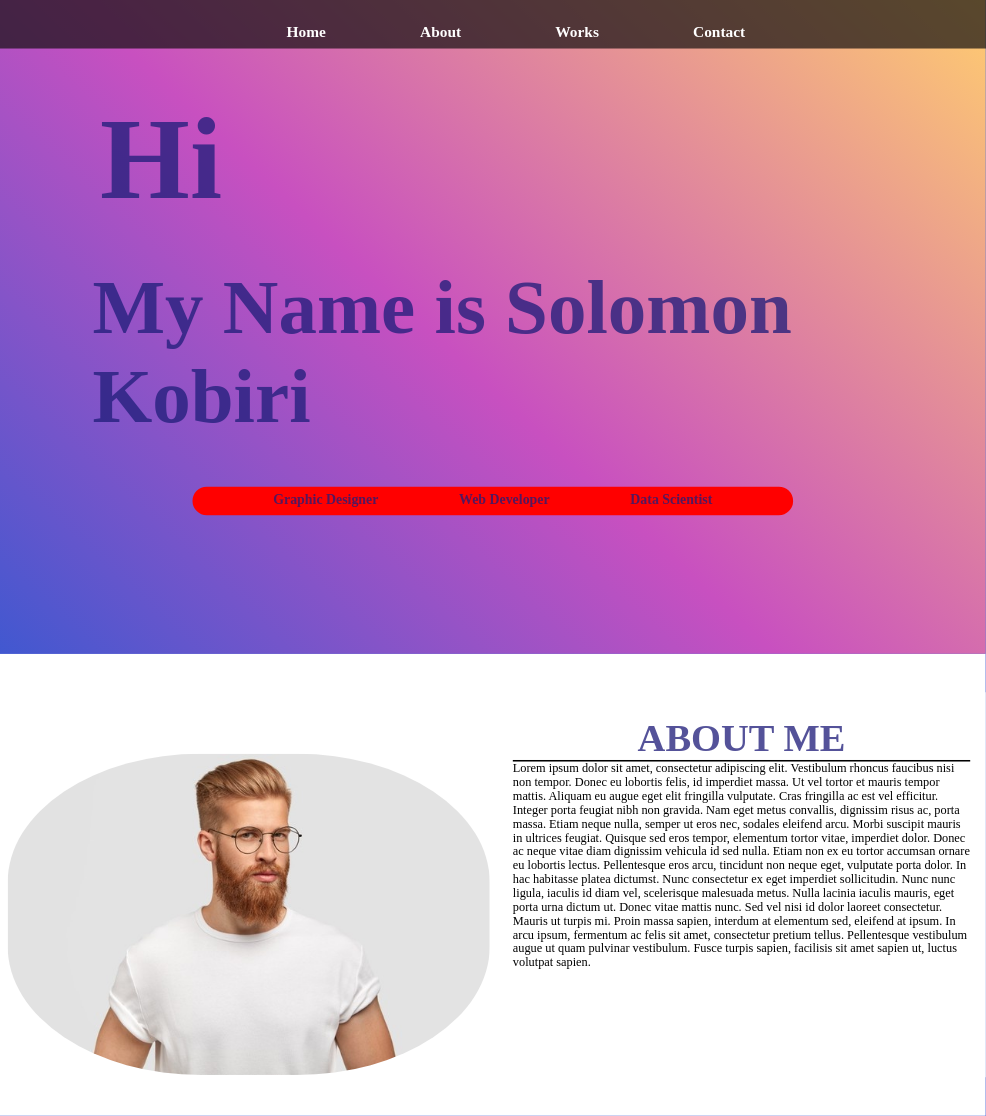
Repository: Kwabena-Kobiri/yellocoders
Page: index.html
These files come from the project's save history. The page is drawn as it stood at one moment and after the next save; the edit follows.
The browser window is 1280 px wide. The pictures show the whole page, at 77% of full size.

Above is the page before, as saved 2021-05-13 11:30:35.

### index.html
<!DOCTYPE html>
<html lang="en">
<head>
    <meta charset="UTF-8">
    <meta http-equiv="X-UA-Compatible" content="IE=edge">
    <meta name="viewport" content="width=device-width, initial-scale=1.0">
    <link rel="stylesheet" href="index.css" />
    <title>Y'ello</title>
</head>
<body>
    <!-- HEADER COMPONENT STARTS HERE -->
    <header id="header">
        <nav id="nav">
            <ul>
                <li>Home</li>
                <li>About</li>
                <li>Works</li>
                <li>Contact</li>
            </ul>
        </nav>
    </header>
    <!-- HEADER COMPONENT ENDS HERE -->


    <!-- LANDING PAGE STARTS HERE  -->
    <section id="LandingPage">
        <div class="Details">
            <h1>Hi</h1>
            <h3>My Name is Solomon Kobiri</h3>
        </div>
        <div class="Skills">
            <h5>Graphic Designer</h5>
            <h5>Web Developer</h5>
            <h5>Data Scientist</h5>
        </div>
    </section>
    <!-- LANDING PAGE ENDS HERE -->

    <!--ABOUT PAGE STARTS HERE-->
    <section id="About">
        <div class="ImageDiv">
            <img src="Images/profile.jpg" alt="Profile Picture"/>
        </div>
        <div class="Description">
            <h3>ABOUT ME</h3>
            <p>
                Lorem ipsum dolor sit amet, consectetur adipiscing elit. Vestibulum rhoncus faucibus nisi non tempor. Donec eu lobortis felis, id imperdiet massa. Ut vel tortor et mauris tempor mattis. Aliquam eu augue eget elit fringilla vulputate. Cras fringilla ac est vel efficitur. Integer porta feugiat nibh non gravida. Nam eget metus convallis, dignissim risus ac, porta massa. Etiam neque nulla, semper ut eros nec, sodales eleifend arcu.

                Morbi suscipit mauris in ultrices feugiat. Quisque sed eros tempor, elementum tortor vitae, imperdiet dolor. Donec ac neque vitae diam dignissim vehicula id sed nulla. Etiam non ex eu tortor accumsan ornare eu lobortis lectus. Pellentesque eros arcu, tincidunt non neque eget, vulputate porta dolor. In hac habitasse platea dictumst. Nunc consectetur ex eget imperdiet sollicitudin. Nunc nunc ligula, iaculis id diam vel, scelerisque malesuada metus.

                Nulla lacinia iaculis mauris, eget porta urna dictum ut. Donec vitae mattis nunc. Sed vel nisi id dolor laoreet consectetur. Mauris ut turpis mi. Proin massa sapien, interdum at elementum sed, eleifend at ipsum. In arcu ipsum, fermentum ac felis sit amet, consectetur pretium tellus. Pellentesque vestibulum augue ut quam pulvinar vestibulum. Fusce turpis sapien, facilisis sit amet sapien ut, luctus volutpat sapien.
            </p>
        </div>
    </section>
    <!--ABOUT PAGE ENDS HERE-->


















    <!-- MY WORKS PAGE STARTS HERE -->
    <!-- <section id="Works">
        <h3>CHECK OUT MY WORKS</h3>
        <div class="work_box">
            <img src="Images/work1.jpg" alt="First Project"/>
            <p>
                Lorem ipsum dolor sit amet, consectetur adipiscing elit. Vestibulum rhoncus faucibus nisi non tempor. Donec eu lobortis felis, id imperdiet massa. Ut vel tortor et mauris tempor mattis. Aliquam eu augue eget elit fringilla vulputate. Cras fringilla ac est vel efficitur. Integer porta feugiat nibh non gravida. Nam eget metus convallis, dignissim risus ac, porta massa. Etiam neque nulla, semper ut eros nec, sodales eleifend arcu.

                Morbi suscipit mauris in ultrices feugiat. Quisque sed eros tempor, elementum tortor vitae, imperdiet dolor. Donec ac neque vitae diam dignissim vehicula id sed nulla. Etiam non ex eu tortor accumsan ornare eu lobortis lectus. Pellentesque eros arcu, tincidunt non neque eget, vulputate porta dolor. In hac habitasse platea dictumst. Nunc consectetur ex eget imperdiet sollicitudin. Nunc nunc ligula, iaculis id diam vel, scelerisque malesuada metus.
            </p>
        </div>
        <div class="work_box">
            <p>
                Lorem ipsum dolor sit amet, consectetur adipiscing elit. Vestibulum rhoncus faucibus nisi non tempor. Donec eu lobortis felis, id imperdiet massa. Ut vel tortor et mauris tempor mattis. Aliquam eu augue eget elit fringilla vulputate. Cras fringilla ac est vel efficitur. Integer porta feugiat nibh non gravida. Nam eget metus convallis, dignissim risus ac, porta massa. Etiam neque nulla, semper ut eros nec, sodales eleifend arcu.

                Morbi suscipit mauris in ultrices feugiat. Quisque sed eros tempor, elementum tortor vitae, imperdiet dolor. Donec ac neque vitae diam dignissim vehicula id sed nulla. Etiam non ex eu tortor accumsan ornare eu lobortis lectus. Pellentesque eros arcu, tincidunt non neque eget, vulputate porta dolor. In hac habitasse platea dictumst. Nunc consectetur ex eget imperdiet sollicitudin. Nunc nunc ligula, iaculis id diam vel, scelerisque malesuada metus.
            </p>
            <img src="Images/work2.jfif" alt="First Project"/>
        </div>
        <div class="work_box">
            <img src="Images/work3.webp" alt="First Project"/>
            <p>
                Lorem ipsum dolor sit amet, consectetur adipiscing elit. Vestibulum rhoncus faucibus nisi non tempor. Donec eu lobortis felis, id imperdiet massa. Ut vel tortor et mauris tempor mattis. Aliquam eu augue eget elit fringilla vulputate. Cras fringilla ac est vel efficitur. Integer porta feugiat nibh non gravida. Nam eget metus convallis, dignissim risus ac, porta massa. Etiam neque nulla, semper ut eros nec, sodales eleifend arcu.

                Morbi suscipit mauris in ultrices feugiat. Quisque sed eros tempor, elementum tortor vitae, imperdiet dolor. Donec ac neque vitae diam dignissim vehicula id sed nulla. Etiam non ex eu tortor accumsan ornare eu lobortis lectus. Pellentesque eros arcu, tincidunt non neque eget, vulputate porta dolor. In hac habitasse platea dictumst. Nunc consectetur ex eget imperdiet sollicitudin. Nunc nunc ligula, iaculis id diam vel, scelerisque malesuada metus.
            </p>
        </div>
        <div class="work_box">
            <p>
                Lorem ipsum dolor sit amet, consectetur adipiscing elit. Vestibulum rhoncus faucibus nisi non tempor. Donec eu lobortis felis, id imperdiet massa. Ut vel tortor et mauris tempor mattis. Aliquam eu augue eget elit fringilla vulputate. Cras fringilla ac est vel efficitur. Integer porta feugiat nibh non gravida. Nam eget metus convallis, dignissim risus ac, porta massa. Etiam neque nulla, semper ut eros nec, sodales eleifend arcu.

                Morbi suscipit mauris in ultrices feugiat. Quisque sed eros tempor, elementum tortor vitae, imperdiet dolor. Donec ac neque vitae diam dignissim vehicula id sed nulla. Etiam non ex eu tortor accumsan ornare eu lobortis lectus. Pellentesque eros arcu, tincidunt non neque eget, vulputate porta dolor. In hac habitasse platea dictumst. Nunc consectetur ex eget imperdiet sollicitudin.
            </p>
            <img src="Images/work4.png" alt="First Project"/>
        </div>
    </section> -->

    <!-- MY WORKS PAGE ENDS HERE -->

    <!-- CONTACT PAGE STARTS HERE -->
    <!-- <section id="Contact">
        <form id="Form">
            <h3>Contact Me</h3>
            <input type="text" placeholder="Name">
            <input type="email" placeholder="Email">
            <textarea rows="4" cols="50" placeholder="Message"></textarea>
            <input type="submit" text="Submit" class="submit">
        </form>
    </section> -->

    <!-- CONTACT PAGE ENDS HERE -->

    <!-- FOOTER STARTS HERE -->
    <!-- <footer id="footer">
        <h3>Connect With Me</h3>
        <div class="Icons">
            <a href="#"><img src="Images/Instagram.jpg" alt="Instagram"></a>
            <a href="#"><img src="Images/Facebook.png" alt="Facebook"></a>
            <a href="#"><img src="Images/WhatsApp.svg.png" alt="Whatsapp"></a>
            <a href="https://www.linkedin.com/in/solomon-kobiri"><img src="Images/LinkedIn.png" alt="LinkedIn"></a>
            <a href="#"><img src="Images/GitHub.svg" alt="GitHub"></a>
        </div>
        <h4>Made with ❤ by Solomon Kobiri</h4>
        <h5>Copyright &copy; 2021</h5>
    </footer> -->

    <!-- FOOTER ENDS HERE -->
</body>
</html>

### index.css
* {
    /* background-color: red; */
    margin: 0px;
}

body {
    display: flex;           /*Used flexbox on the whole page */
    flex-direction: column;
}

/* HEADER STYLING STARTS HERE */
#header {
    background-color: rgba(19, 17, 17, 0.7);
    justify-content: center;
    padding: 10px;
    width: 100%;
    position: fixed;
    z-index: 999;
    color: white;
}

#nav {
    margin: 20px 200px 0px 200px;
    /* background-color: blue; */
}

#nav > ul {
    display: flex;
    flex-direction: row;
    justify-content: space-evenly;
    list-style: none;
}

#nav > ul > li {
    text-decoration: none;
    font-size: 20px;
    font-weight: 550;
}

/* HEADER STYLING ENDS HERE */


/* LANDING PAGE STYLING STARTS HERE */
#LandingPage {
    /* position: absolute; */
    width: 100%;
    z-index: 0;
    color: rgba(32, 30, 122, 0.767);
    background-color: #4158D0;
    background-image: linear-gradient(43deg, #4158D0 0%, #C850C0 46%, #FFCC70 100%);
    /* background-color: red; */
}

.Details {
    margin-top: 100px;
    margin-left: 100px;
    /* background-color: aqua;  */
}

.Details > h1 {
    margin: 50px 0px 20px 10px;
    font-size: 150px;
    padding: 20px;
}

.Details > h3 {
    margin-left: 10px;
    font-size: 100px;
    padding: 10px;
    justify-content: center;
}

.Skills {
    background-color: red;
    margin: 50px 250px 180px 250px;
    display: flex;
    flex-direction: row;
    justify-content: space-evenly;
    height: 30px;
    padding-top: 7px;
    border-radius: 20px;
}

.Skills > h5 {
    font-size: large;
    font-weight: bolder;
}

/* LANDING PAGE STYLING ENDS HERE */


/*STYLING FOR ABOUT ME PAGE STARTS HERE*/

#About {
    display: flex;
    flex-direction: row;
    height: 500px;
    margin: 50px 0px 50px 0px;
    background: rgb(255, 255, 255);
}

.ImageDiv {
    flex: 2;
    position: relative;
    padding: 80px 10px 0px 10px;
}

.ImageDiv > img {
    border-radius: 40%;
}

.Description {
    padding: 20px;
    flex: 3;
    display: flex;
    flex-direction: column;
}

.Description > h3 {
    text-align: center;
    margin-top: 10px;
    font-size: 50px;
    color: rgba(32, 30, 122, 0.767);
    border-bottom: 2px solid black;
}

/* .Description > p {
    color: rgba(32, 30, 122, 0.9);
    font-size: 22px;
    margin-top: 10px;
    padding: 5px;
} */
/*STYLING FOR ABOUT ME PAGE ENDS HERE*/



















/* STYLING FOR MY WORKS PAGE STARTS HERE */
/* #Works {
    margin: 100px 0px 0px 0px;
    width: cover;
    padding: 40px;
    background-color: #80D0C7;
} */

/* #Works > h3 {
    text-align: center;
    font-size: xx-large;
    color: rgba(32, 30, 122, 0.9);
} */

/* .work_box {
    width: 70%;
    height: 200px;
    display: flex;
    flex: 1;
    padding: 10px;
    margin-left: 180px;
} */

/* .work_box > img {
    flex: 2;
    padding: 10px;
    margin: 0px 10px 0px 10px;
    background-color: rgb(228, 227, 227);
    box-shadow: 12px 12px 2px 1px rgba(0, 0, 255, .2);
} */

/* .work_box > p {
    flex: 4;
    padding: 10px;
    background-color:aliceblue;
} */

/* STYLING FOR MY WORKS PAGE ENDS HERE */


/* STYLING FOR CONTACTS PAGE STARTS HERE */
/* #Contact {
    height: 500px;
    width: cover;
    background-image: url('Images/background.jpg');
    background-size: cover;
    background-attachment: fixed;
} */

/* form {
    background-color: rgba(151, 54, 54, 0.7);
    height: 70%;
    width: 50%;
    align-self: center;
    margin: auto;
    margin-top: 5%;
    position: relative;
    display: flex;
    flex-direction: column;
    padding: 20px;
} */

/* form > h3 {
    text-align: center;
    margin: 10px;
    padding: 5px;
    font-size: xx-large;
    color: white;
} */

/* form > input {
    width: 70%;
    height: 30px;
    margin: 10px;
    padding: 5px;
    position: relative;
    margin-left: 100px;
} */

/* textarea {
    width: 70%;
    margin: 10px;
    margin-left: 100px;
} */

/* .submit {
    width: 100px;
    margin-top: 30px;
    background-color: rgb(177, 49, 134);
    color: white;
    font-weight: bold;
} */

/* STYLING FOR CONTACTS PAGE ENDS HERE */


/* STYLING FOR FOOTER STARTS HERE */
/* #footer {
    background-color: white;
    height: 300px;
    width: cover;
} */

/* .Icons {
    display: flex;
    flex-direction: row;
    align-self: center;
    width: 40%;
    margin: 30px 0px 70px 500px;
} */

/* .Icons > a {
    width: 25%;
    height: 25%;
} */

/* .Icons > a > img {
    width: 40%;
    height: 40%;
    padding: 5px;
    margin: 0px;
} */

/* footer > h3 {
    text-align: center;
    font-size: xx-large;
    color: rgba(32, 30, 122, 0.9);
    margin: 20px;
} */

/* footer > h4,h5 {
    color: rgba(32, 30, 122, 0.9);
    text-align: center;
} */

/* STYLING FOR FOOTER ENDS HERE */

After the next save:
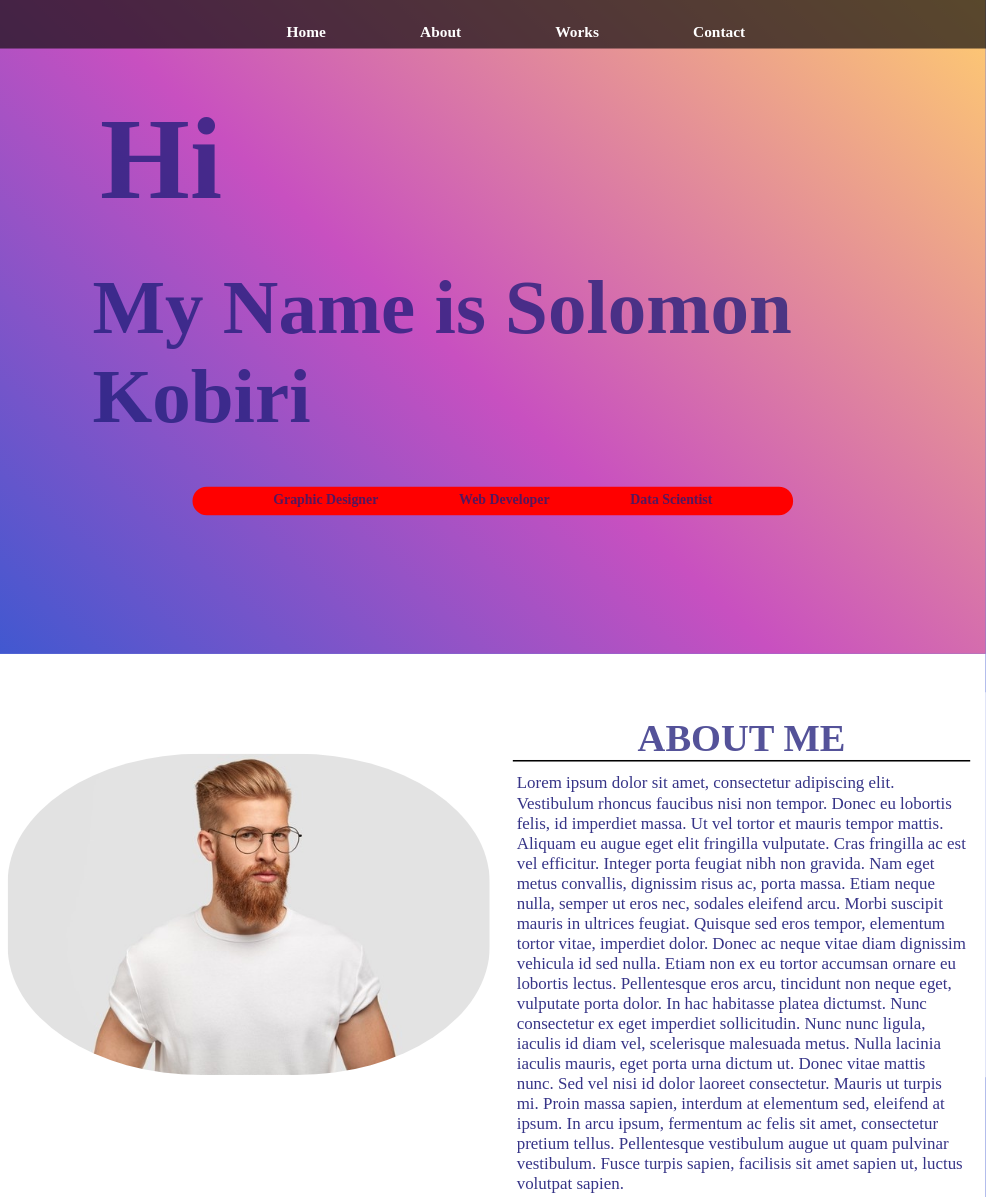
Saved 43 s later.
--- a/index.css
+++ b/index.css
@@ -124,12 +124,12 @@ body {
     border-bottom: 2px solid black;
 }
 
-/* .Description > p {
+.Description > p {
     color: rgba(32, 30, 122, 0.9);
     font-size: 22px;
     margin-top: 10px;
     padding: 5px;
-} */
+}
 /*STYLING FOR ABOUT ME PAGE ENDS HERE*/
 
 
